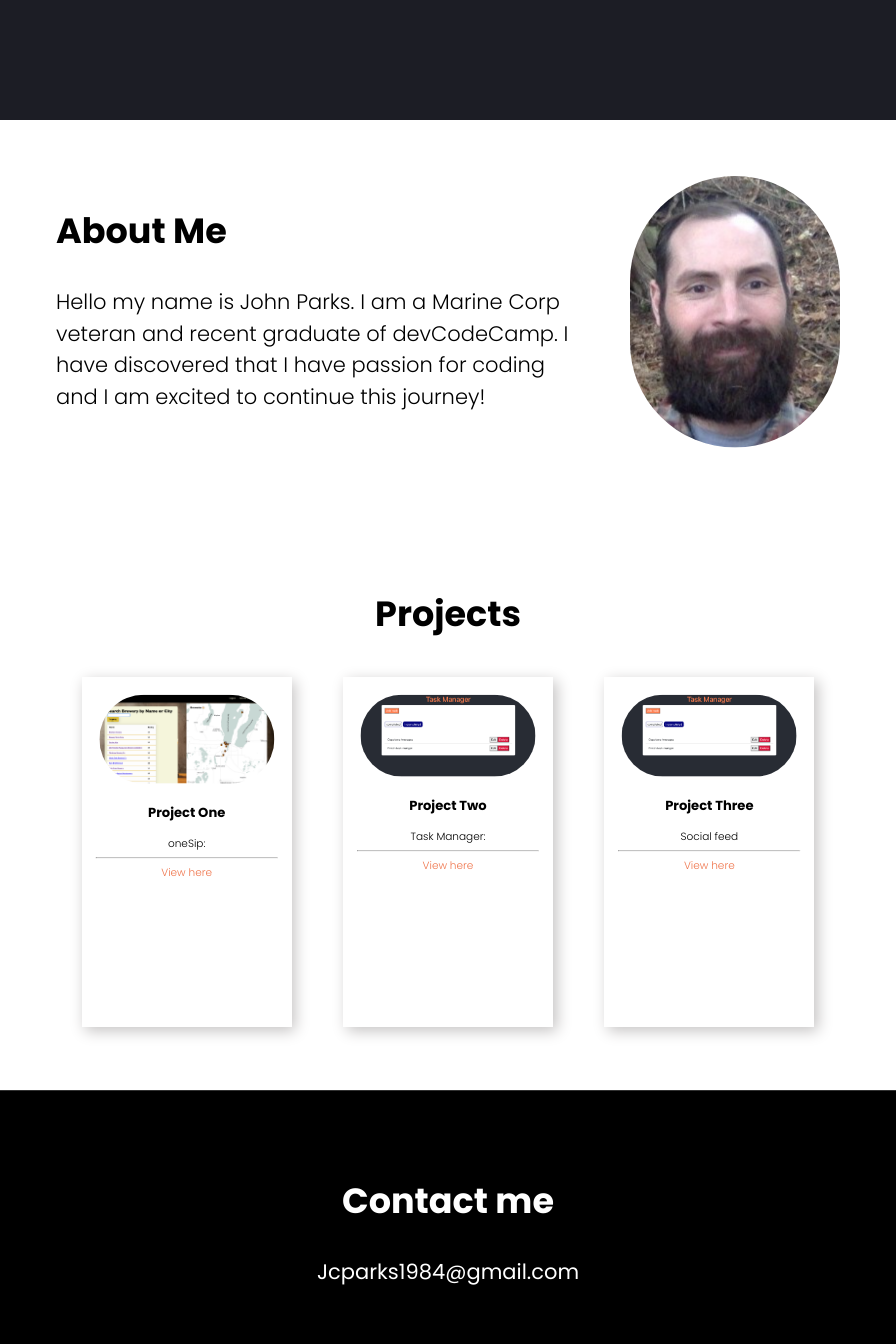
Repository: Jcparks84/Portfolio
Page: index.html
The author's editor kept a copy of each file at every save. The page is drawn from the files as they stood at one save, then again after the next save.
The browser window is 1280 px wide. The pictures show the part of the page from y = 549 to 2469 px (the page is 2469 px tall), at 70% of full size.
A picture or video elsewhere on the page could not be fetched, so the positions and the page height are approximate. Some web libraries are served in a nearby version.

Above is the page before, as saved 2022-08-11 17:45:38.

### index.html
<!DOCTYPE html>
<html>
  <head>
    <link rel="stylesheet" href="src/styles.css" />
    <link rel="preconnect" href="https://fonts.gstatic.com">
    <link rel="preconnect" href="https://fonts.gstatic.com">
    <link href="https://fonts.googleapis.com/css2?family=Poppins:wght@300;400;600;700;800&display=swap" rel="stylesheet">
    <script src="https://kit.fontawesome.com/761e4c8e5c.js" crossorigin="anonymous"></script>
    <title>Portfolio</title>
    <meta charset="UTF-8" />
  </head>
  <body>
      <section class="hero">
          <nav>
            <img class="logo" src="src/images/coding-png-11.png" alt="John's Logo"/>
            <ul id="nav-list">
                  <li><a href="#about-me">About me</a></li>
                  <li><a href="#projects">Projects</a></li>
                  <li><a href="#contact-me">Contact</a></li>
              </ul>
              <button class="hamburger" id="hamburger">
                  <i class="fas fa-bars"></i>
              </button>
          </nav>
          <div class="hero-area">
            <div class="hero-text">
                <h1>John Parks</h1>
                <p>Full Stack Developer</p>
                <div class="button"><a href="#about-me">About me</a></div>
            </div>
            <div class="socials">
                <!-- lnkedin -->
                <a href="https://www.linkedin.com/in/jcparks84/" class="social">
                    <svg xmlns="http://www.w3.org/2000/svg" fill="#ffffff" width="50" height="50" viewBox="0 0 24 24"><path d="M19 0h-14c-2.761 0-5 2.239-5 5v14c0 2.761 2.239 5 5 5h14c2.762 0 5-2.239 5-5v-14c0-2.761-2.238-5-5-5zm-11 19h-3v-11h3v11zm-1.5-12.268c-.966 0-1.75-.79-1.75-1.764s.784-1.764 1.75-1.764 1.75.79 1.75 1.764-.783 1.764-1.75 1.764zm13.5 12.268h-3v-5.604c0-3.368-4-3.113-4 0v5.604h-3v-11h3v1.765c1.396-2.586 7-2.777 7 2.476v6.759z"/></svg>
                </a>
                <!-- Github -->
                <a href="https://github.com/Jcparks84" class="social">
                    <svg xmlns="http://www.w3.org/2000/svg" fill="#ffffff" width="50" height="50" viewBox="0 0 24 24"><path d="M12 0c-6.626 0-12 5.373-12 12 0 5.302 3.438 9.8 8.207 11.387.599.111.793-.261.793-.577v-2.234c-3.338.726-4.033-1.416-4.033-1.416-.546-1.387-1.333-1.756-1.333-1.756-1.089-.745.083-.729.083-.729 1.205.084 1.839 1.237 1.839 1.237 1.07 1.834 2.807 1.304 3.492.997.107-.775.418-1.305.762-1.604-2.665-.305-5.467-1.334-5.467-5.931 0-1.311.469-2.381 1.236-3.221-.124-.303-.535-1.524.117-3.176 0 0 1.008-.322 3.301 1.23.957-.266 1.983-.399 3.003-.404 1.02.005 2.047.138 3.006.404 2.291-1.552 3.297-1.23 3.297-1.23.653 1.653.242 2.874.118 3.176.77.84 1.235 1.911 1.235 3.221 0 4.609-2.807 5.624-5.479 5.921.43.372.823 1.102.823 2.222v3.293c0 .319.192.694.801.576 4.765-1.589 8.199-6.086 8.199-11.386 0-6.627-5.373-12-12-12z"/></svg>
                </a>
            </div>
            </div>
          </div>
      </section>
      <section class="sub-section" id="about-me">
          <div class="information">
              <h2>About Me</h2>
              <p>Hello my name is John Parks.  I am a Marine Corp veteran and recent graduate of devCodeCamp.
                I have discovered that I have passion for coding and I am excited to continue this journey!</p>
          </div>
          <div class="headshot-container">
            <img class="headshot" src="src/images/headshot.png" alt="image" loading="lazy">
        </div>
      </section>
      <section class="sub-section-alternative" id="projects">
          <h2>Projects</h2>
          <div class="project-container">
              <div class="project-card">
                  <img class="project-image" src="src/images/Capstone copy.png" alt="Project One Image"/>
                  <h3>Project One</h3>
                  <p class="subtext">oneSip:</p>
                  <p></p>
                  <hr/>
                  <p class="subtext"><a class="project-link" href="https://github.com/Jcparks84/Capstone">View here</a></p>
              </div>
              <div class="project-card">
                <img class="project-image" src="src/images/task_manager.png" alt="Project One Image"/>
                <h3>Project Two</h3>
                <p class="subtext">Task Manager:</p>
                <p></p>
                <hr/>
                <p class="subtext"><a class="project-link" href="https://github.com/Jcparks84/task_manager">View here</a></p>
              </div>
              <div class="project-card">
                <img class="project-image" src="src/images/task_manager.png" alt="Project One Image"/>
                <h3>Project Three</h3>
                <p class="subtext">Social feed</p>
                <hr/>
                <p class="subtext"><a class="project-link" href="https://github.com/Jcparks84/social_feed">View here</a></p>
              </div>
          </div>
      </section>
      <footer id="contact-me">
          <h2>Contact me</h2>
          <a class="mail" href = "mailto: abc@example.com">Jcparks1984@gmail.com</a>
            </footer>
    <script src="src/app.js"></script>
  </body>
</html>

### src/styles.css
body {
    font-family: 'Poppins', sans-serif;
    margin: 0;
}

section {
    background-color: white;
}

.hero {
    background-color: #1c1d25;
    height: 100vh;
    color: white;
    font-size: 40px;
}

footer {
    background-color: black;
    color: white;
    text-align: center;
    padding: 80px;
}

nav {
    display: flex;
    justify-content: space-between;
}

ul {
    display: flex;
    list-style-type: none;
    width: 500px;
    justify-content: space-around;
    font-size: 30px;
}

li {
    text-decoration: none;
}

h1 {
    font-size: 90px;
    margin: 0;
}

h2 {
    font-size: 50px;
}

p {
    margin: 0;
    font-size: 30px;
    font-weight: 300;
}

.subtext {
    font-size: 15px;
    font-weight: 300;
}

.hero-area {
    display: flex;
    height: 100%;
    justify-content: space-between;
    align-items: center;
}

.hero-text {
    margin-left: 80px;
    margin-bottom: 200px;
}

.button {
    width: 200px;
    height: 55px;
    border-radius: 30px;
    background-color: coral;
    text-align: center;
    font-size: 30px;
    font-weight: 300;
    padding-top: 5px;
    margin-top: 20px;
}

.button:hover {
    background-color: #ef744b;
}

.button:active {
    background-color: #A9A9A9;
    color: #808080;
}

.socials {
    padding-bottom: 200px;
}

.logo {
    height: 80px;
    margin: 30px;
}
.social {
    margin: 20px;
}

.sub-section {
    display: flex;
    justify-content: space-around;
    padding: 80px;
}

.sub-section-alternative {
    display: flex;
    flex-direction: column;
    text-align: center;
    padding: 80px;
}

.headshot {
    width: 300px;
    border-radius: 150px;
    margin-left: 80px;
}

.headshot-container {
    display: flex;
    align-items: center;
}

.project-card {
    width: 300px;
    height: 500px;
    box-shadow: 5px 5px 20px rgb(197, 195, 195);
    margin: 10px;
}

.project-container {
    display: flex;
    justify-content: space-around;
}

@media only screen and (max-width: 1000px) {
    .project-container {
        display: flex;
        flex-wrap: wrap;
    }
}

.project-image {
    margin-top: 25px;
    width: 250px;
    border-radius: 125px;
}

hr {
    margin-left: 20px;
    margin-right: 20px;
}

.project-link {
    text-decoration: none;
    color: #ef744b;
}

a {
    text-decoration: none;
    color: white;
}

.hamburger {
    display: none;
}

.hamburger:focus{
    outline: 0;
}

.mail {
    font-size: 30px;
}


@media only screen and (max-width: 1000px) {
    .hamburger {
        display: block;
        border: 0;
        background-color: transparent;
        color: white;
        font-size: 30px;
        margin: 20px;
        align-self: flex-end;
    }

    ul {
        display: none;
        background-color: #2b2c38;
        margin: 0ppx;
    }

    ul.show {
        display: block;
    }

    nav {
        display: flex;
        flex-direction: column-reverse;
        background-color: #2b2c38;
    }

    .logo {
        display: none;
    }
}

Loaded but not shown: src/app.js (common file)

After the next save:
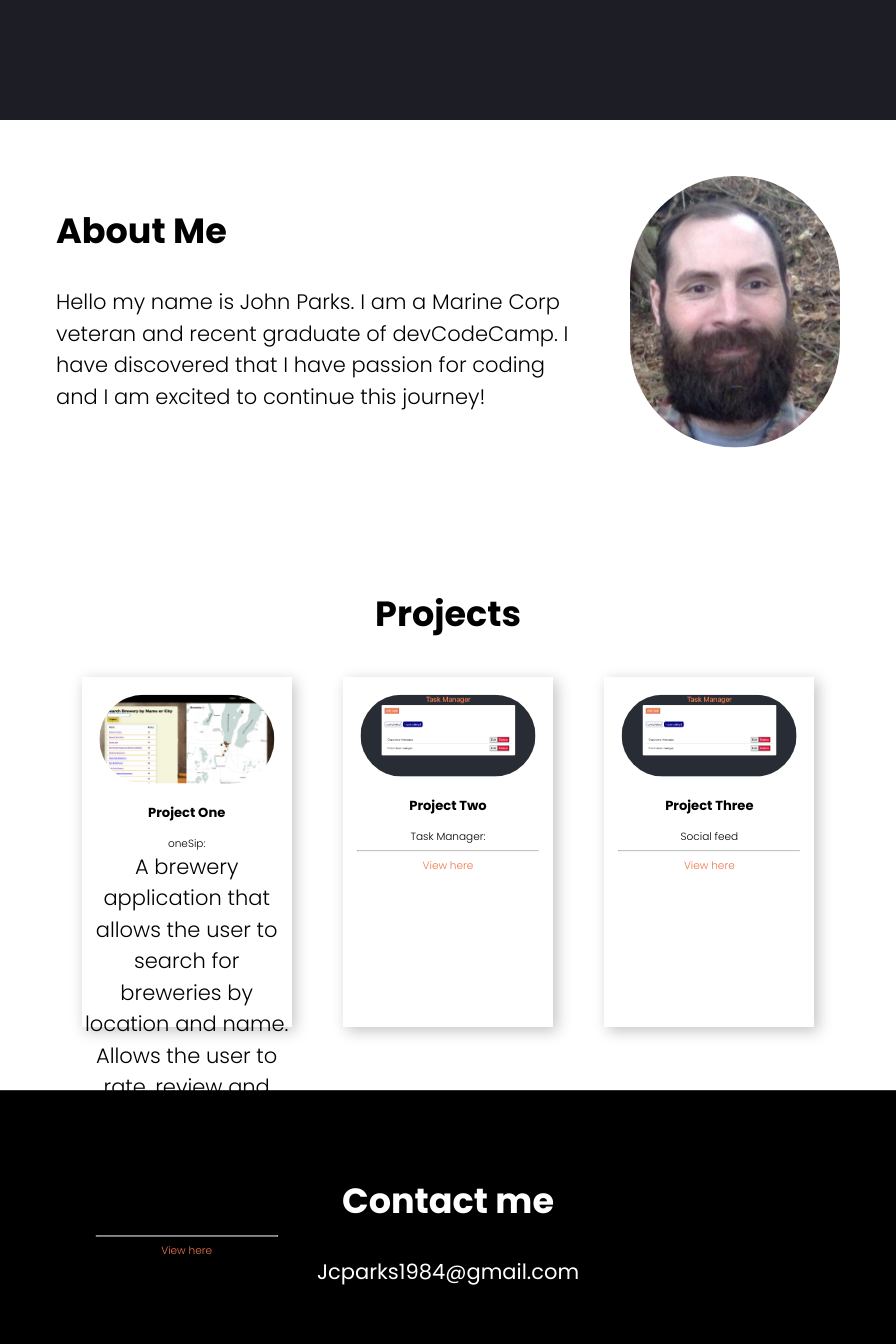
Saved 21 s later.
--- a/index.html
+++ b/index.html
@@ -58,7 +58,7 @@
                   <img class="project-image" src="src/images/Capstone copy.png" alt="Project One Image"/>
                   <h3>Project One</h3>
                   <p class="subtext">oneSip:</p>
-                  <p></p>
+                  <p>A brewery application that allows the user to search for breweries by location and name.  Allows the user to rate, review and favorite breweries while displaying information on specific breweries.</p>
                   <hr/>
                   <p class="subtext"><a class="project-link" href="https://github.com/Jcparks84/Capstone">View here</a></p>
               </div>
